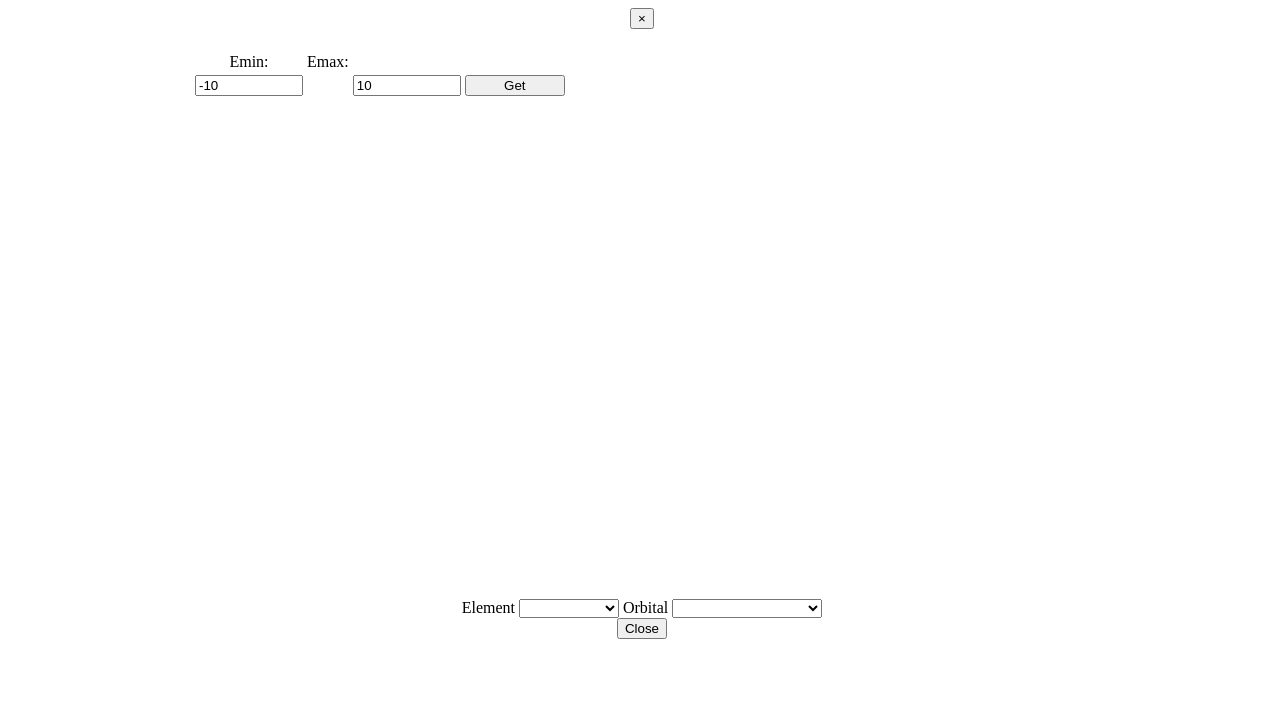
Repository: atowfiq/FESD_website-scripts
Page: http://localhost/fesdweb/BandstructureChart.jsp
These files come from the project's save history. The page is drawn as it stood at one moment and after the next save; the edit follows.
The browser window is 1280 px wide. The pictures show the whole page.
The page is served by Tomcat 9.

Above is the page before, as saved 2017-07-28 00:59:43.

After the next save:
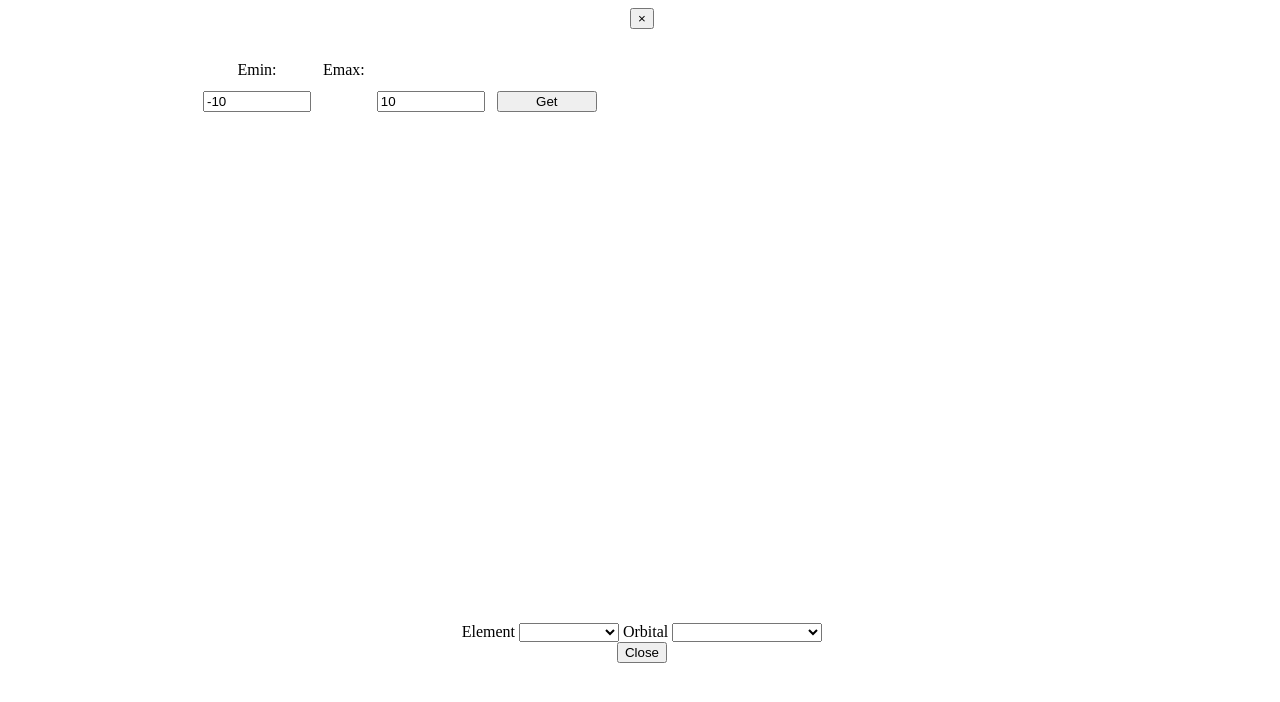
Saved 29 s later.
--- a/fesdweb/WebContent/BandstructureChart.jsp
+++ b/fesdweb/WebContent/BandstructureChart.jsp
@@ -178,7 +178,7 @@ margin-top:-40px;
         </div>
         <div class="modal-body">
     <div>
-    <table>
+    <table cellspacing="10">
     <tr>
     <td>
     <label>Emin:</label>
